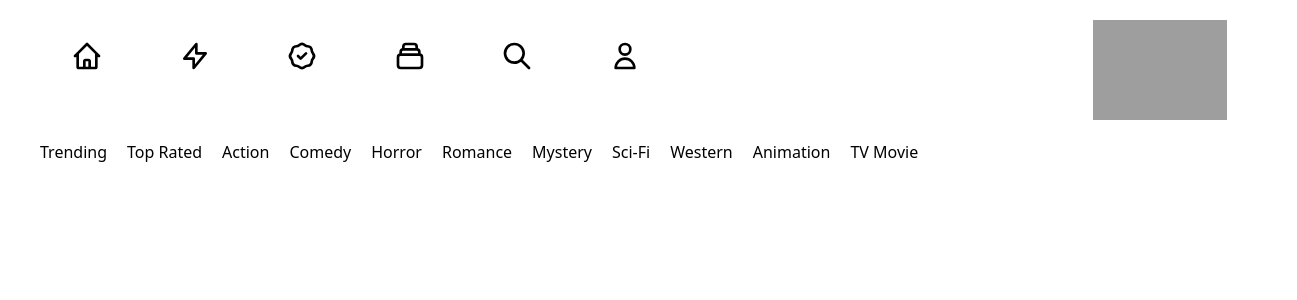
Repository: jafredk/hulu-2
Page: /
These files come from the project's save history. The page is drawn as it stood at one moment and after the next save; the edit follows.
The browser window is 1280 px wide. The page is 1280 px wide, then 1297 px, so the pictures cover 1297 px, including what lies to the right of the window. The pictures show the whole page.
Pictures or frames that could not be fetched are drawn as grey boxes. The project was rebuilt for these pictures with package versions that can differ from the ones it lists, and the page was loaded fresh each time. The framework's server and built-in components were replaced by stand-ins that run in the browser. Also part of the build but not shown: next.config.js.

Above is the page before, as saved 2021-11-02 11:54:58.

After the next save:
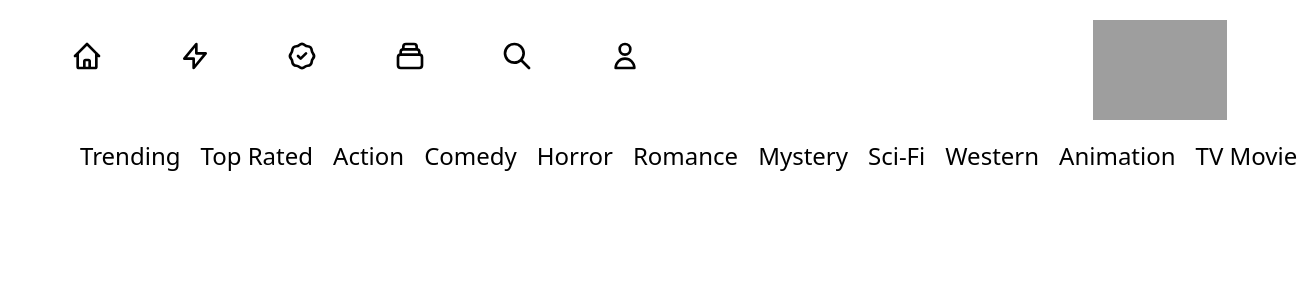
Saved 64 s later.
--- a/components/Nav.js
+++ b/components/Nav.js
@@ -3,7 +3,7 @@ import requests from "../utils/requests";
 function Nav() {
     return (
         <nav>
-            <div className="flex px-10 flex-row space-x-5">
+            <div className="flex px-10 flex-row space-x-5 sm:px-20 text-2xl whitespace-nowrap">
                 {Object.entries(requests).map(([key, { title, url }]) => (
                     <h2 key={key} className="cursor-pointer transition duration-100 transform hover:scale-125 hover:text-white active:text-red-500 " >{title}</h2>
                 ))}
